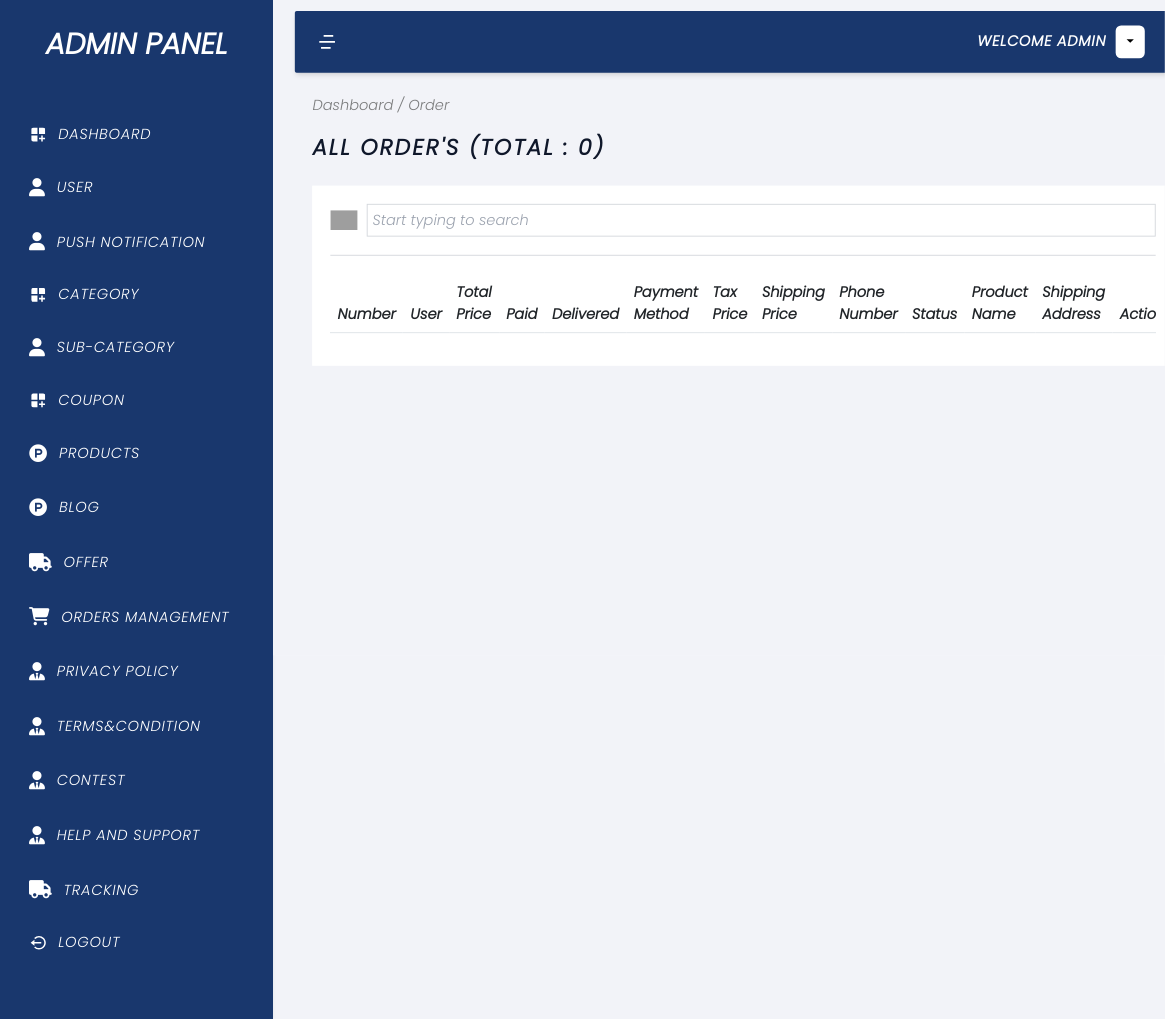
Repository: arpanmalik/project-khanna
Page: /Orders
An editor plug-in stored every save of this project. The page is shown before and after the next save, followed by the edit.
The browser window is 1280 px wide. The pictures show the whole page, at 91% of full size.
Pictures or frames that could not be fetched are drawn as grey boxes. The page's requests for data from a server got no answer. Some web libraries are served in a nearby version. The project was rebuilt for these pictures with package versions that can differ from the ones it lists, and the page was loaded fresh each time. No one was signed in, and anything a server would have sent is missing. Also part of the build but not shown: src/E-CommerceAdmin/forms/Login.jsx, src/E-CommerceAdmin/pages/Dashboard.jsx, src/E-CommerceAdmin/pages/ECategory.js, src/E-CommerceAdmin/pages/EProduct.js, src/E-CommerceAdmin/pages/EVendorList.js, src/E-CommerceAdmin/pages/EAdminProduct.js, src/E-CommerceAdmin/pages/EAdminDelivery.js, src/E-CommerceAdmin/pages/EAdminCustomer.js and 11 more. Imported but missing from the stored project, and not drawn on this page: src/E-CommerceVendor/forms/EVendorLogin, src/E-CommerceVendor/pages/EVCategory, src/E-CommerceVendor/pages/EVCoupon, src/E-CommerceVendor/pages/EVDashboard, src/E-CommerceVendor/pages/EVOrders, src/E-CommerceVendor/pages/EVProduct, src/E-CommerceVendor/pages/EVSubCategory.

Above is the page before, as saved 2023-05-16 17:24:09.

After the next save:
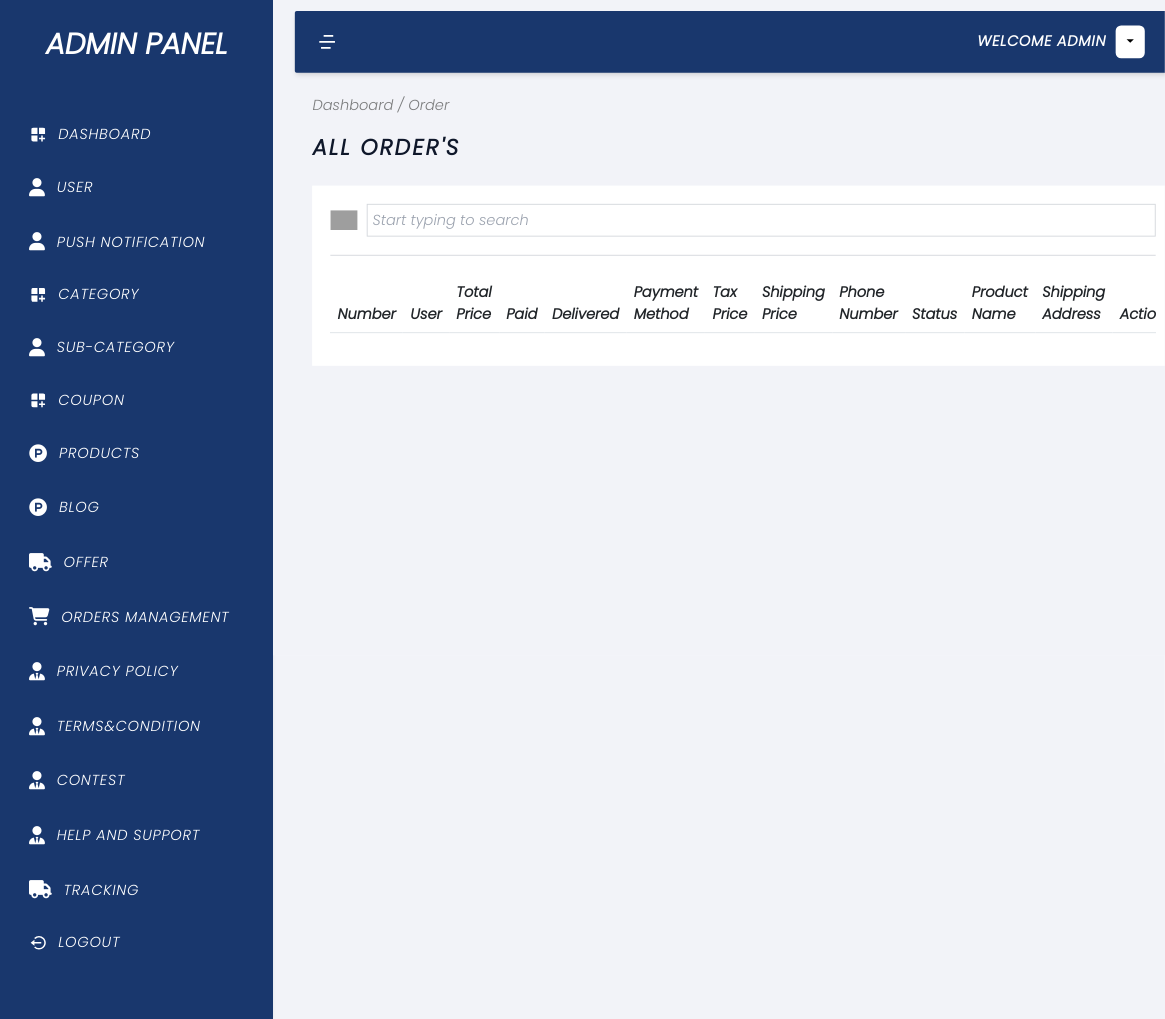
Saved 4 s later.
--- a/src/E-CommerceAdmin/pages/EAdminOrders.js
+++ b/src/E-CommerceAdmin/pages/EAdminOrders.js
@@ -104,7 +104,7 @@ const EAdminOrders = () => {
             className="tracking-widest text-slate-900 font-semibold uppercase"
             style={{ fontSize: "1.5rem" }}
           >
-            All Order's (Total : {data?.length})
+            All Order's
           </span>
         </div>
         <section className="sectionCont">
